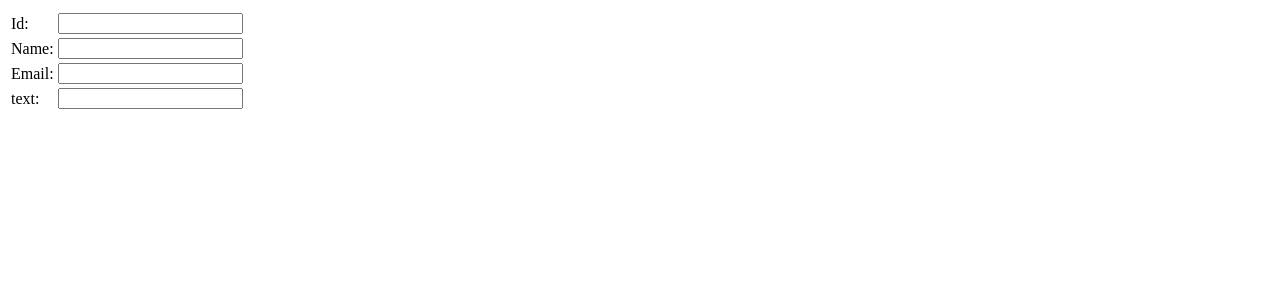
Repository: anitatripuraneni/SpringWeb
Page: http://localhost/SpringWeb/jsp/create.jsp
An editor plug-in stored every save of this project. The page is shown before and after the next save, followed by the edit.
The browser window is 1280 px wide. The pictures show the whole page.
The page is served by Tomcat 9. Nobody is signed in. The application's start-up code is not run.

Above is the page before, as saved 2017-03-22 08:55:47.

After the next save:
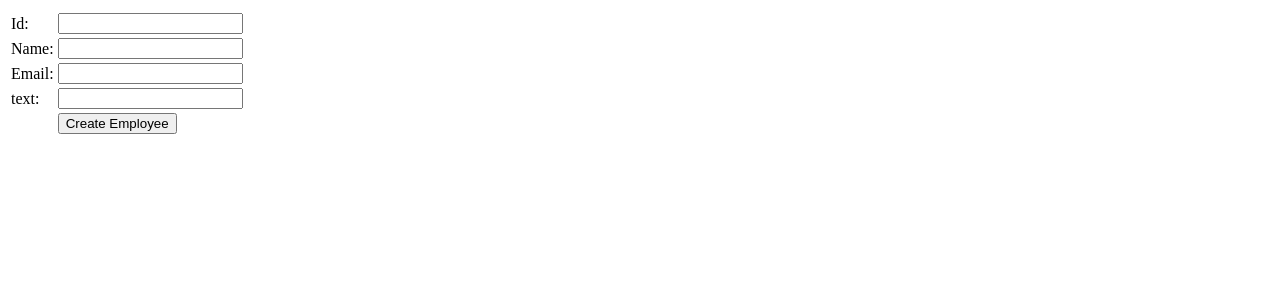
Saved 25 min 45 s later.
--- a/SpringWeb/WebContent/jsp/create.jsp
+++ b/SpringWeb/WebContent/jsp/create.jsp
@@ -15,6 +15,7 @@
 <tr><td>Name:</td><td><input name="name" type="text"></td></tr>
 <tr><td>Email:</td><td><input name="email" type="text"></td></tr>
 <tr><td>text:</td><td><input name="text" type="text"></td></tr>
+<tr><td>  </td><td><input value="Create Employee" type="submit"></td></tr>
 
 </table>
 </form>
